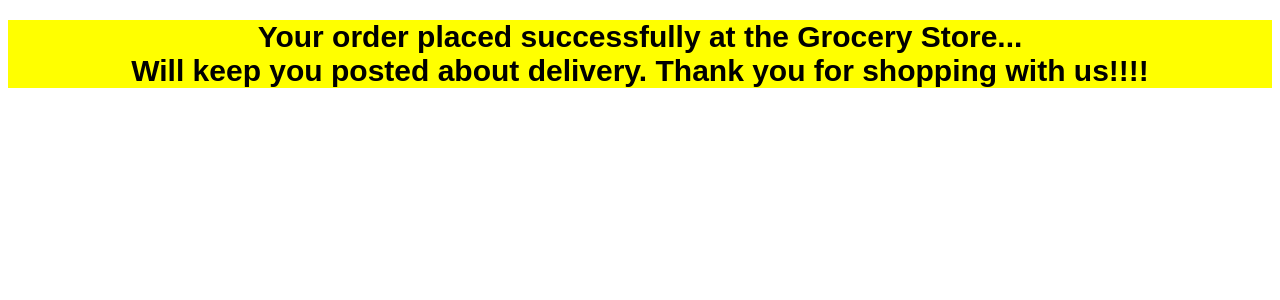
Repository: pournimapatil27/GroceryStoreMicroservice
Page: StoreLogin/src/main/resources/static/invalid.html
The author's editor kept a copy of each file at every save. The page is drawn from the files as they stood at one save, then again after the next save.
The browser window is 1280 px wide. The pictures show the whole page.

Above is the page before, as saved 2021-11-29 16:32:35.

### StoreLogin/src/main/resources/static/invalid.html
<?xml version="1.0" encoding="UTF-8"?>
<!DOCTYPE html PUBLIC "-//W3C//DTD XHTML 1.0 Transitional//EN"
"http://www.w3.org/TR/xhtml1/DTD/xhtml1-transitional.dtd">
<html xmlns="http://www.w3.org/1999/xhtml"
      xmlns:h="http://java.sun.com/jsf/html">
   <h:head>
      <title>Welcome to Grocery Store</title>
   </h:head>
   <h:body>
      <h1 style="background-color:yellow;font-family:'Arial';font-size:30px;text-align: center">Your order placed successfully at the Grocery Store...<br>Will keep you posted about delivery. Thank you for shopping with us!!!!</h1>
   </h:body>
</html>

After the next save:
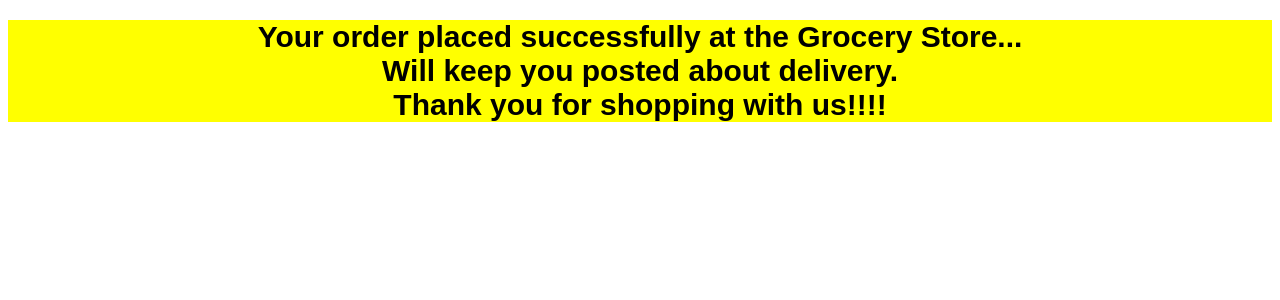
Saved 6 s later.
--- a/StoreLogin/src/main/resources/static/invalid.html
+++ b/StoreLogin/src/main/resources/static/invalid.html
@@ -7,6 +7,6 @@
       <title>Welcome to Grocery Store</title>
    </h:head>
    <h:body>
-      <h1 style="background-color:yellow;font-family:'Arial';font-size:30px;text-align: center">Your order placed successfully at the Grocery Store...<br>Will keep you posted about delivery. Thank you for shopping with us!!!!</h1>
+      <h1 style="background-color:yellow;font-family:'Arial';font-size:30px;text-align: center">Your order placed successfully at the Grocery Store...<br>Will keep you posted about delivery.<br> Thank you for shopping with us!!!!</h1>
    </h:body>
 </html>
